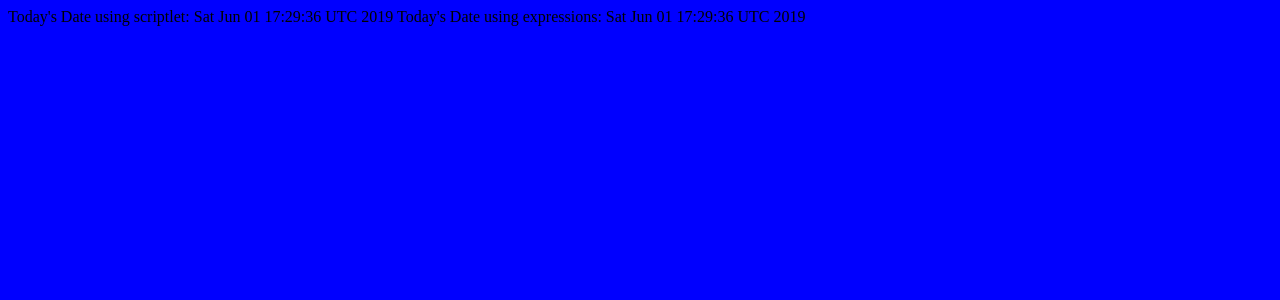
Repository: somakbha/CodeBackUP
Page: http://localhost/HelloJSP/date.jsp
These files come from the project's save history. The page is drawn as it stood at one moment and after the next save; the edit follows.
The browser window is 1280 px wide. The pictures show the whole page.
The page is served by Tomcat 9.

Above is the page before, as saved 2019-06-03 15:37:18.

### J2EE-Practice/HelloJSP/WebContent/date.jsp
<%@ page language="java" contentType="text/html; charset=UTF-8"
    pageEncoding="UTF-8"%>
<!DOCTYPE html PUBLIC "-//W3C//DTD HTML 4.01 Transitional//EN" "http://www.w3.org/TR/html4/loose.dtd">
<html>
<head>
<meta http-equiv="Content-Type" content="text/html; charset=UTF-8">
<title>First JSP</title>
</head>
<body bgcolor="blue">

<!-- two different ways to display the dynamic output of today's date -->

<!-- using out.println method inside scriptlet -->
Today's Date using scriptlet: <%out.println(new java.util.Date()); %>

<!-- using expression tags -->

Today's Date using expressions: <%= new java.util.Date()%>
</body>
</html>

After the next save:
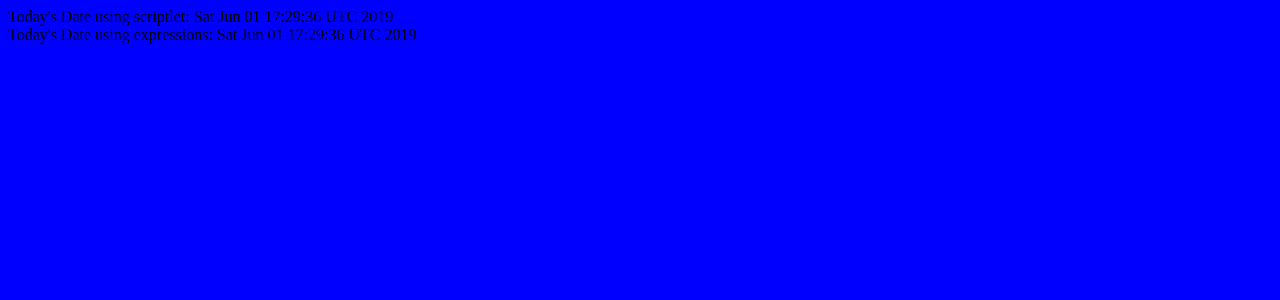
Saved 85 s later.
--- a/J2EE-Practice/HelloJSP/WebContent/date.jsp
+++ b/J2EE-Practice/HelloJSP/WebContent/date.jsp
@@ -11,7 +11,7 @@
 <!-- two different ways to display the dynamic output of today's date -->
 
 <!-- using out.println method inside scriptlet -->
-Today's Date using scriptlet: <%out.println(new java.util.Date()); %>
+Today's Date using scriptlet: <%out.println(new java.util.Date()); %></br>
 
 <!-- using expression tags -->
 
